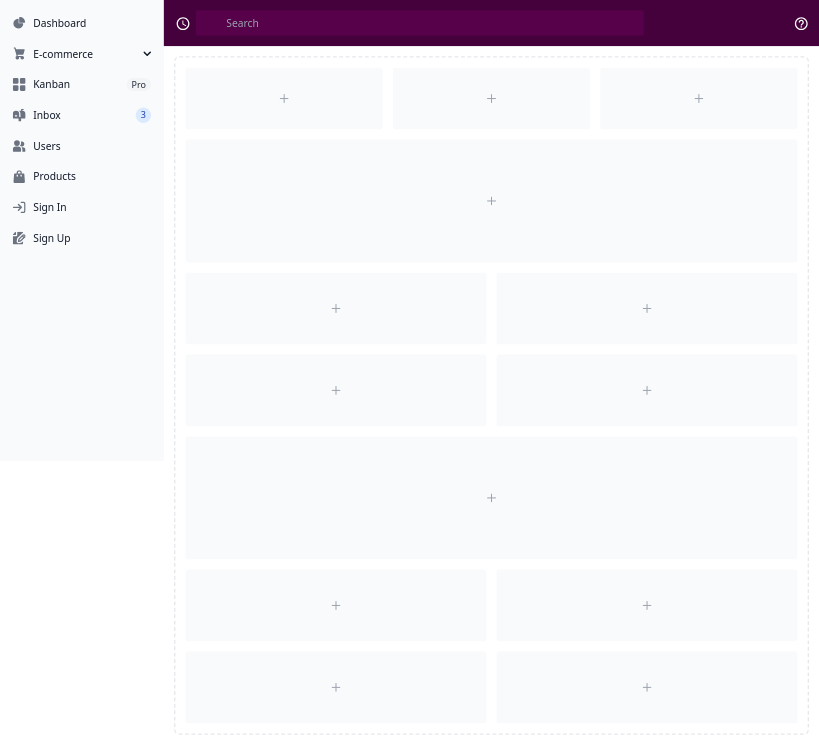
Repository: Shamraiz761/Slack_clone
Page: /
The author's editor kept a copy of each file at every save. The page is drawn from the files as they stood at one save, then again after a run of saves.
The browser window is 1280 px wide. The pictures show the whole page, at 64% of full size.
The project was rebuilt for these pictures with package versions that can differ from the ones it lists, and the page was loaded fresh each time. Also part of the build but not shown: vite.config.js.

Above is the page before, as saved 2024-01-14 18:34:54.

### src/App.jsx

import React from 'react'
import Header from './components/header/Header'
import Sidebar from './components/sidebar/Sidebar'
function App() {

  return (
   <div>
    <Header />
    <Sidebar />
   </div>
  )
}

export default App

### src/components/header/Header.jsx
import React from 'react'
import AccessTimeIcon from '@mui/icons-material/AccessTime';
import HelpOutlineIcon from '@mui/icons-material/HelpOutline';
import AccountCircleIcon from '@mui/icons-material/AccountCircle';
function Header() {
  return (
    <nav className="bg-[#45013b] p-4" style={{background:''}}>
      <div className="container mx-auto flex items-center justify-between">
        {/* Left logos */}

          {/* Left logo */}
          <div className=" sm:mr-4 hidden sm:block">
          <AccountCircleIcon className='text-white text-larger hidden sm:block' />

          </div>





        <div className="sm:w-full flex justify-center items-center">
        <div className="mr-2">
            <AccessTimeIcon className='text-white'/>


          </div>
          <input
            type="text"
            placeholder="Search"
            className=" p-2 px-12 bg-[#57014a] text-white border-none rounded w-32 sm:w-3/5"
          />
        </div>

        {/* Right logos */}
        <div className="flex items-center">

          <div className="ml-[-100px] sm:ml-4">
            <HelpOutlineIcon className='text-white'/>

          </div>
        </div>
      </div>
    </nav>
  )
}

export default Header

Loaded but not shown: index.html (common file); src/main.jsx (common file); src/index.css (common file); tailwind.config.js (common file); src/components/sidebar/Sidebar.jsx (497 lines, source omitted)

After the next 7 saves:
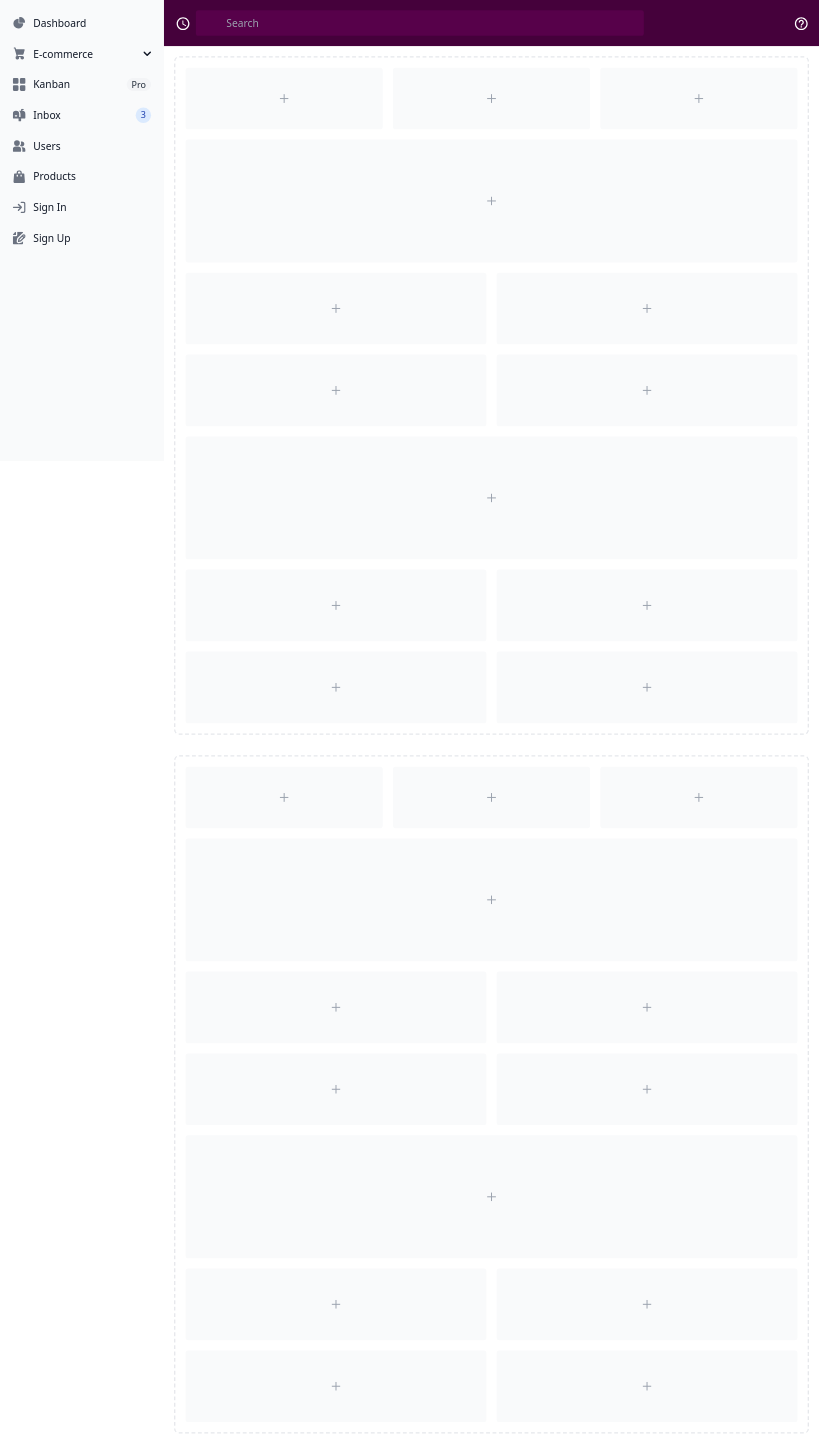
The 7 saves are shown as one change because 2 did not build or start and some came seconds apart.
The last was saved 37 s later.
--- a/src/components/header/Header.jsx
+++ b/src/components/header/Header.jsx
@@ -2,8 +2,10 @@ import React from 'react'
 import AccessTimeIcon from '@mui/icons-material/AccessTime';
 import HelpOutlineIcon from '@mui/icons-material/HelpOutline';
 import AccountCircleIcon from '@mui/icons-material/AccountCircle';
+import Sidebar from '../sidebar/Sidebar';
 function Header() {
   return (
+    <div>
     <nav className="bg-[#45013b] p-4" style={{background:''}}>
       <div className="container mx-auto flex items-center justify-between">
         {/* Left logos */}
@@ -41,6 +43,8 @@ function Header() {
         </div>
       </div>
     </nav>
+    <Sidebar />
+    </div>
   )
 }
 

After the save that followed:
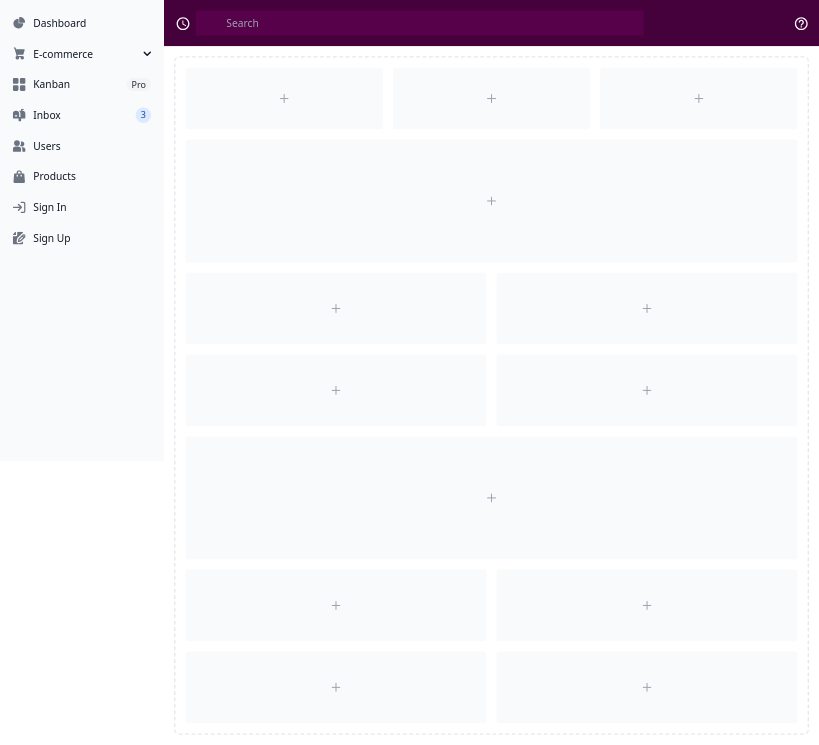
Saved 5 s later.
--- a/src/App.jsx
+++ b/src/App.jsx
@@ -7,7 +7,7 @@ function App() {
   return (
    <div>
     <Header />
-    <Sidebar />
+    {/* <Sidebar /> */}
    </div>
   )
 }
